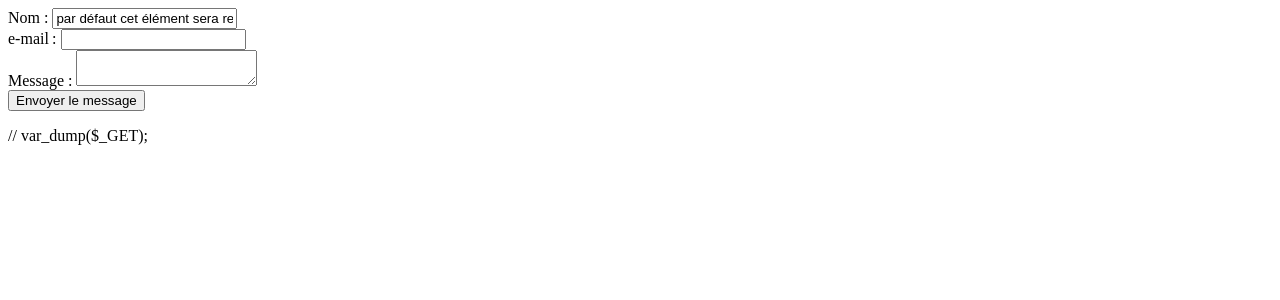
Repository: Val712/quete-Formulaires
Page: http://localhost/form.php
These files come from the project's save history. The page is drawn as it stood at one moment and after the next save; the edit follows.
The browser window is 1280 px wide. The pictures show the whole page.
The page is run by PHP 8.4 with error messages shown; the project is at /var/www/html/.

Above is the page before, as saved 2019-08-24 16:20:12.

### form.php
<form  action=""  method="get">
    <div>
        <label for="name">Nom :</label>
        <input type="text" id="name" name="user_name" value="par défaut cet élément sera renseigné avec ce texte">
    </div>
    <div>
        <label for="mail">e-mail :</label>
        <input type="email" id="mail" name="user_mail">
    </div>
    <div>
        <label for="msg">Message :</label>
        <textarea id="msg" name="user_message"></textarea>
    </div>

    <div class="button">
        <button type="submit">Envoyer le message</button>
    </div>
</form>


 // var_dump($_GET);

After the next save:
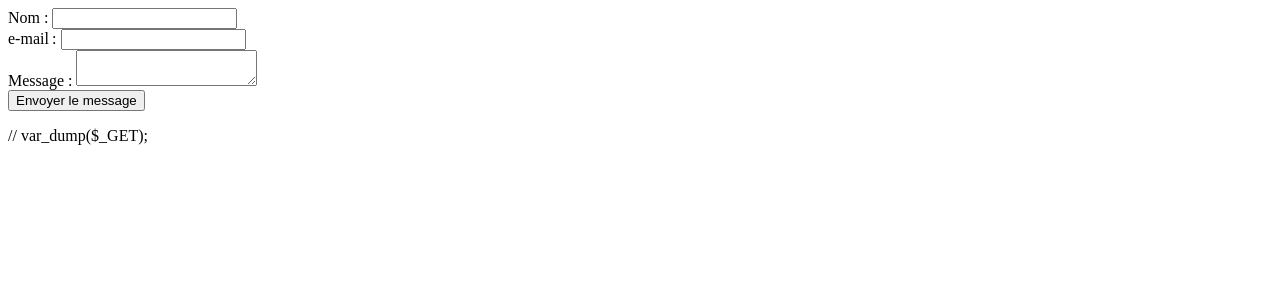
Saved 3 min 27 s later.
--- a/form.php
+++ b/form.php
@@ -1,7 +1,7 @@
 <form  action=""  method="get">
     <div>
         <label for="name">Nom :</label>
-        <input type="text" id="name" name="user_name" value="par défaut cet élément sera renseigné avec ce texte">
+        <input type="text" id="name" name="user_name" value="">
     </div>
     <div>
         <label for="mail">e-mail :</label>
